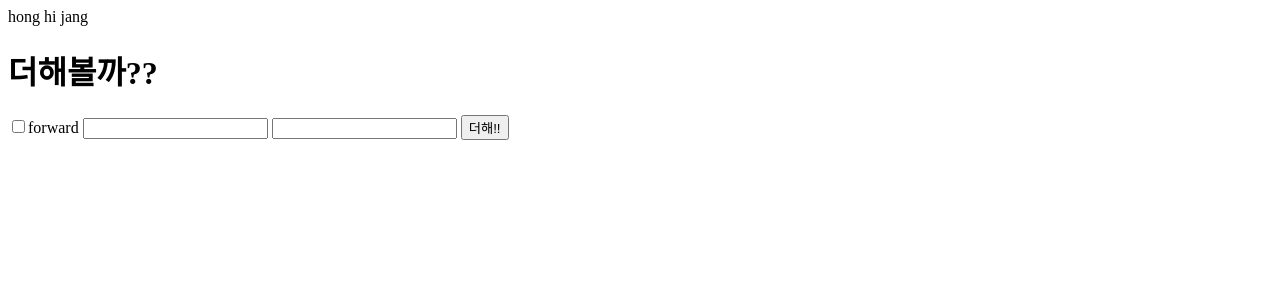
Repository: bgmun01/woorifisa_java
Page: http://localhost/web_day3/
These files come from the project's save history. The page is drawn as it stood at one moment and after the next save; the edit follows.
The browser window is 1280 px wide. The pictures show the whole page.
The page is served by Tomcat 9. Other server files are loaded and not shown.

Above is the page before, as saved 2023-06-16 03:08:33.

### web_day3/src/main/webapp/index.jsp
<%@ page language="java" contentType="text/html; charset=UTF-8"
    pageEncoding="UTF-8"%>
<!DOCTYPE html>
<html>
<head>
<meta charset="UTF-8">
<title>Insert title here</title>
</head>
<body>
	<%
	// scriptlet : _jsp service의 local 영역 !! 로컬변수 선언을 쓸 수 있다?
		String name = "hong";
	//	request. //이미 만들어져 있어서 사용할 수 있다.
	%>
	<!--  expression -->
	<%-- jsp 주석을 클라이언트에 보내지 않음 따라서 jsp 주석을 사용해야함 해야 html에 남아있지 않음 --%>
	<%=name %>

	<%!
	// <%! - declaration tag : member 변수, 메서드 구성 클래스영역
		public String hi(String name){
		return "hi " +name;
	}
	%>
	<%=hi("jang") %>

	<h1>더해볼까??</h1>
	<form action = "/web_day3/Add" method="get">
		<input type = "checkbox" name = "type" value = "forward">forward
		<input name = "num1" type="text">
		<input name = "num2" type="text">
		<input type = "submit" value="더해!!">
 	</form>

</body>
</html>

After the next save:
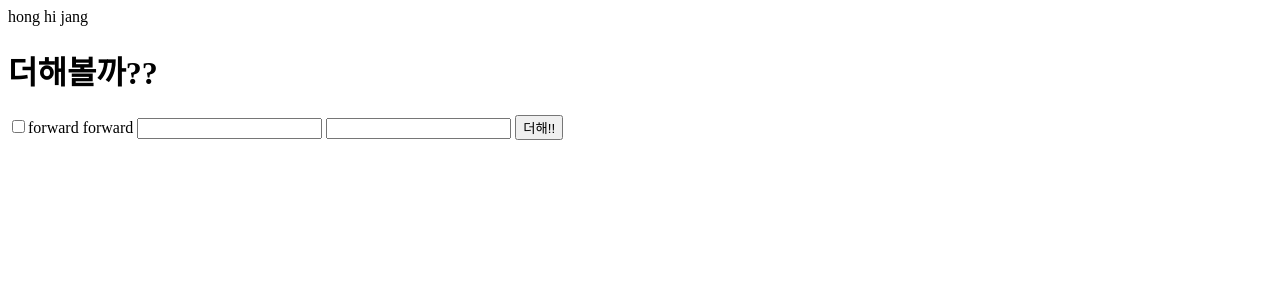
Saved 2 min 45 s later.
--- a/web_day3/src/main/webapp/index.jsp
+++ b/web_day3/src/main/webapp/index.jsp
@@ -26,7 +26,8 @@
 
 	<h1>더해볼까??</h1>
 	<form action = "/web_day3/Add" method="get">
-		<input type = "checkbox" name = "type" value = "forward">forward
+		<input type = "checkbox" name = "type" value = "forward" id = "type">forward
+		<label for = "type"> forward </label>
 		<input name = "num1" type="text">
 		<input name = "num2" type="text">
 		<input type = "submit" value="더해!!">
